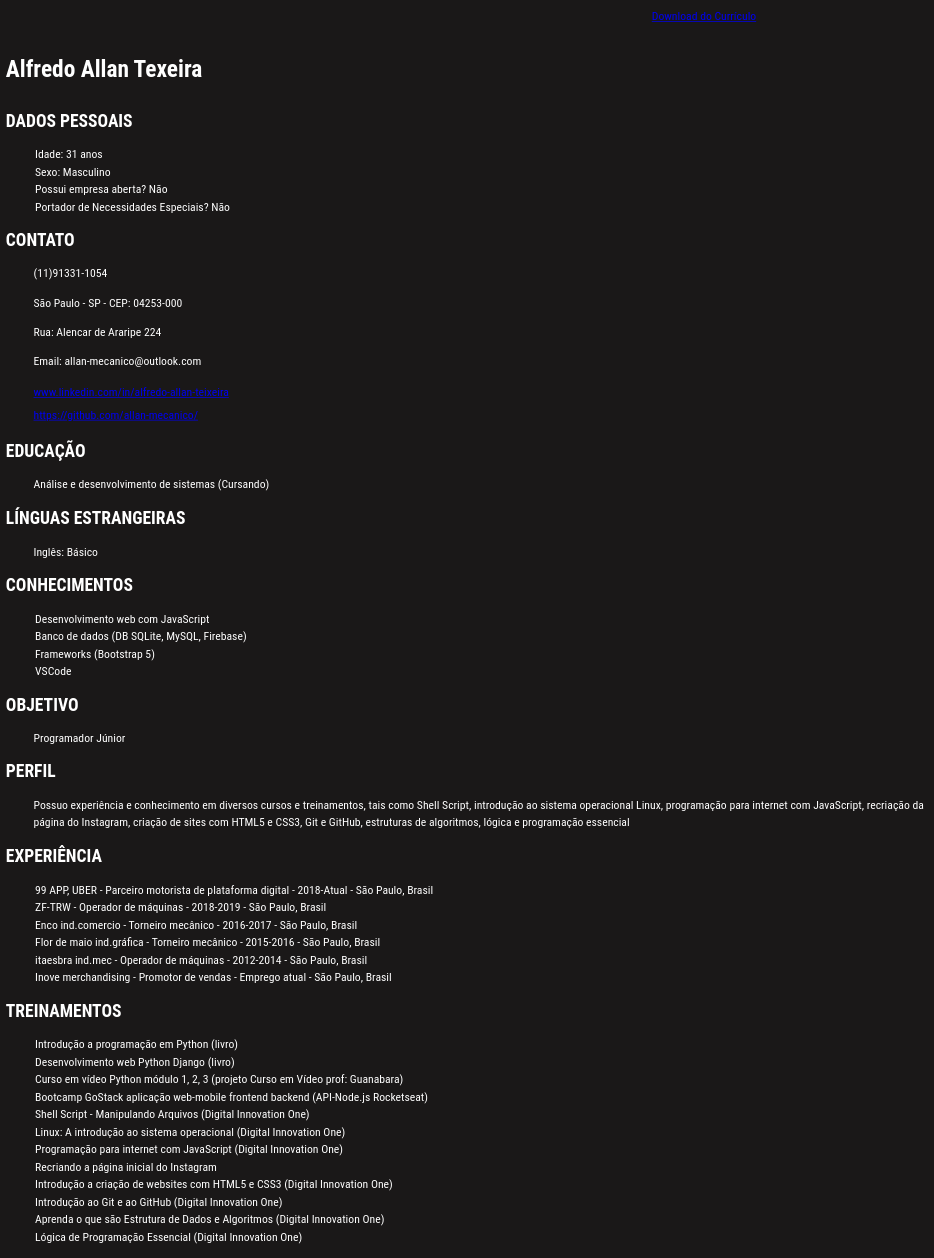
Repository: alfredo-allan/Portfolio
Page: curriculo.html
An editor plug-in stored every save of this project. The page is shown before and after a run of saves, followed by the edit.
The browser window is 1280 px wide. The pictures show the whole page, at 73% of full size.

Above is the page before, as saved 2024-03-20 17:17:26.

### curriculo.html
<!DOCTYPE html>
<html lang="pt-BR">
  <head>
    <meta charset="UTF-8" />
    <meta name="viewport" content="width=device-width, initial-scale=1.0" />
    <link rel="stylesheet" href="./src/assets/styles/curriculo.css" />

    <title>Alfredo Allan Teixeira Sousa</title>
  </head>

  <body>
    <a id="linkbaixar" href="./curriculo_atl.pdf" download="curriculo_atl.pdf"
      >Download do Currículo</a
    >
    <h1 id="nome">Alfredo Allan Texeira</h1>

    <h2>DADOS PESSOAIS</h2>
    <ul>
      <li>Idade: 31 anos</li>
      <li>Sexo: Masculino</li>
      <li>Possui empresa aberta? Não</li>
      <li>Portador de Necessidades Especiais? Não</li>
    </ul>

    <h2>CONTATO</h2>
    <p>(11)91331-1054</p>
    <p>São Paulo - SP - CEP: 04253-000</p>
    <p>Rua: Alencar de Araripe 224</p>
    <p>Email: allan-mecanico@outlook.com</p>

    <a href="www.linkedin.com/in/alfredo-allan-teixeira-ba2701149/"
      >www.linkedin.com/in/alfredo-allan-teixeira</a
    >
    <br />
    <a href="https://github.com/allan-mecanico/"
      >https://github.com/allan-mecanico/</a
    >

    <h2>EDUCAÇÃO</h2>
    <p>Análise e desenvolvimento de sistemas (Cursando)</p>

    <h2>LÍNGUAS ESTRANGEIRAS</h2>
    <p>Inglês: Básico</p>

    <h2>CONHECIMENTOS</h2>
    <ul>
      <li>Desenvolvimento web com JavaScript</li>
      <li>Banco de dados (DB SQLite, MySQL, Firebase)</li>
      <li>Frameworks (Bootstrap 5)</li>
      <li>VSCode</li>
			<li></li>
    </ul>

    <h2>OBJETIVO</h2>
    <p>Programador Júnior</p>

    <h2>PERFIL</h2>
    <p>
      Possuo experiência e conhecimento em diversos cursos e treinamentos, tais
      como Shell Script, introdução ao sistema operacional Linux, programação
      para internet com JavaScript, recriação da página do Instagram, criação de
      sites com HTML5 e CSS3, Git e GitHub, estruturas de algoritmos, lógica e
      programação essencial
    </p>

    <h2>EXPERIÊNCIA</h2>
    <ul>
      <li>
        99 APP, UBER - Parceiro motorista de plataforma digital - 2018-Atual -
        São Paulo, Brasil
      </li>
      <li>ZF-TRW - Operador de máquinas - 2018-2019 - São Paulo, Brasil</li>
      <li>
        Enco ind.comercio - Torneiro mecânico - 2016-2017 - São Paulo, Brasil
      </li>
      <li>
        Flor de maio ind.gráfica - Torneiro mecânico - 2015-2016 - São Paulo,
        Brasil
      </li>
      <li>
        itaesbra ind.mec - Operador de máquinas - 2012-2014 - São Paulo, Brasil
      </li>
      <li>
        Inove merchandising - Promotor de vendas - Emprego atual - São Paulo,
        Brasil
      </li>
    </ul>

    <h2>TREINAMENTOS</h2>
    <ul>
      <li>Introdução a programação em Python (livro)</li>
      <li>Desenvolvimento web Python Django (livro)</li>
      <li>
        Curso em vídeo Python módulo 1, 2, 3 (projeto Curso em Vídeo prof:
        Guanabara)
      </li>
      <li>
        Bootcamp GoStack aplicação web-mobile frontend backend (API-Node.js
        Rocketseat)
      </li>
      <li>Shell Script - Manipulando Arquivos (Digital Innovation One)</li>
      <li>
        Linux: A introdução ao sistema operacional (Digital Innovation One)
      </li>
      <li>Programação para internet com JavaScript (Digital Innovation One)</li>
      <li>Recriando a página inicial do Instagram</li>
      <li>
        Introdução a criação de websites com HTML5 e CSS3 (Digital Innovation
        One)
      </li>
      <li>Introdução ao Git e ao GitHub (Digital Innovation One)</li>
      <li>
        Aprenda o que são Estrutura de Dados e Algoritmos (Digital Innovation
        One)
      </li>
      <li>Lógica de Programação Essencial (Digital Innovation One)</li>
    </ul>
  </body>
</html>

### src/assets/styles/curriculo.css
:root {
  --roboto-condensed: "Roboto Condensed", sans-serif;
}

body {
  font-family: var(--roboto-condensed);
  color: white;
  background-color: rgb(26, 24, 24);
  ul {
    li {
      list-style: none;
      line-height: 1.5;
    }
  }
  p {
    list-style: none;
    line-height: 1.5;
    margin-left: 3%;
  }
  a {
    margin-left: 3%;
    line-height: 1.9;
  }
}

@media (min-width: 310px) and (max-width: 720px) {
  li {
    margin-right: 4%;
  }
}

#nome {
  font-weight: 900;
  line-height: 2.2;
}

@media (min-width: 310px) and (max-width: 720px) {
  #nome {
    font-size: 35px;
  }
}

#linkbaixar {
  margin-left: 70%;
  font-family: var(--roboto-condensed);
  font-weight: 400;
}

@media (min-width: 310px) and (max-width: 720px) {
  #linkbaixar {
    margin-left: 42%;
		font-size: 15px;
  }
}

After the next 2 saves:
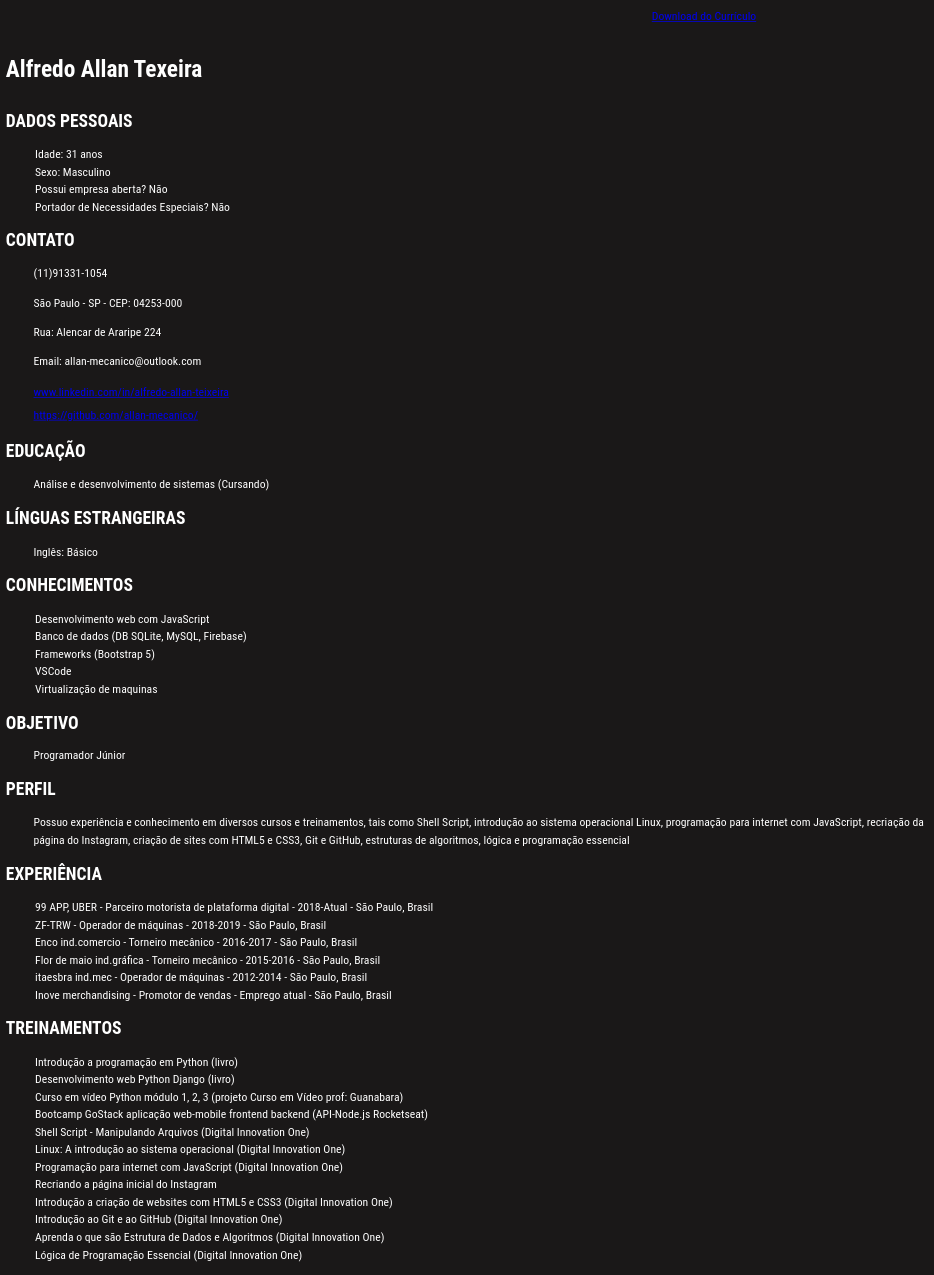
The 2 saves are shown as one change because they came seconds apart.
The last was saved 9 s later.
--- a/curriculo.html
+++ b/curriculo.html
@@ -48,7 +48,7 @@
       <li>Banco de dados (DB SQLite, MySQL, Firebase)</li>
       <li>Frameworks (Bootstrap 5)</li>
       <li>VSCode</li>
-			<li></li>
+			<li>Virtualização de maquinas</li>
     </ul>
 
     <h2>OBJETIVO</h2>
